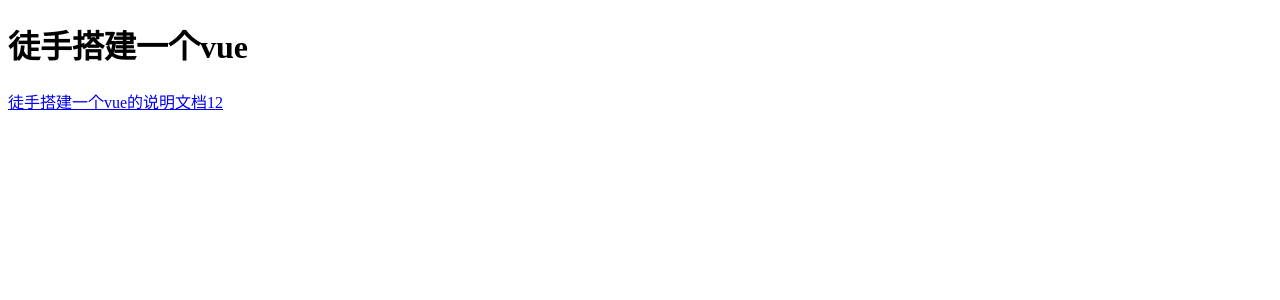
Repository: yuWhy/vue-build-cli
Page: /#/vueBuild
These files come from the project's save history. The page is drawn as it stood at one moment and after the next save; the edit follows.
The browser window is 1280 px wide. The pictures show the whole page.
The project was rebuilt for these pictures with package versions that can differ from the ones it lists, and the page was loaded fresh each time. Also part of the build but not shown: webpack.config.js, src/router/index.js.

Above is the page before, as saved 2021-02-19 14:00:06.

### index.html
<!DOCTYPE html>
<html lang="en">

<head>
  <meta charset="utf-8">
  <meta http-equiv="X-UA-Compatible" content="IE=edge">
  <meta name="viewport" content="width=device-width,initial-scale=1.0">
</head>

<body>
  <div id="app"></div>
</body>

</html>

### src/main.js
import Vue from 'vue'
import App from "./App.vue"
import router from './router/index.js'

new Vue({
  el: '#app',
  router,
  render: h => h(App)
})

### src/App.vue
<template>
  <div id="app">
    <h1>{{msg}}</h1>
    <router-link to="vueBuild">徒手搭建一个vue的说明文档</router-link>
    <router-link to="hello">1</router-link>
    <router-link to="login">2</router-link>
    <router-view></router-view>
  </div>
</template>

<script>
export default {
  name: 'App',
  data() {
    return {
      msg: '徒手搭建一个vue'
    }
  }
}
</script>

### src/components/vue-build.vue
<template>
  <div></div>
</template>
<script>
export default {
  name: 'vueBuild'
}
</script>

After the next save:
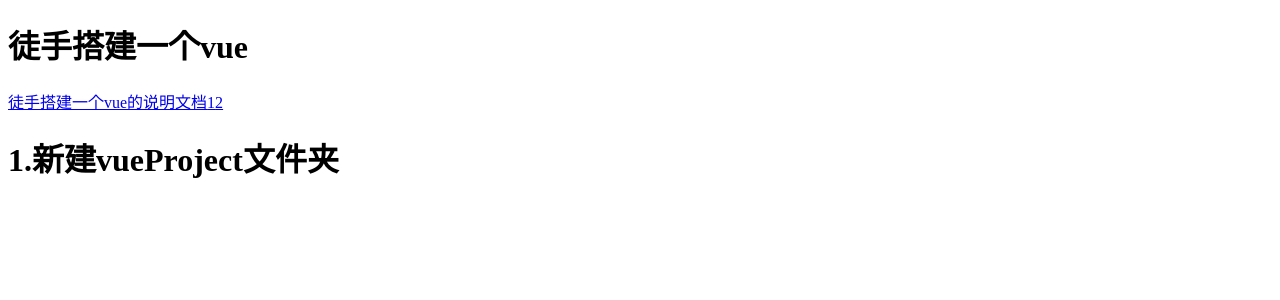
Saved 23 s later.
--- a/src/components/vue-build.vue
+++ b/src/components/vue-build.vue
@@ -1,5 +1,7 @@
 <template>
-  <div></div>
+  <div>
+    <h1>1.新建vueProject文件夹</h1>
+  </div>
 </template>
 <script>
 export default {
